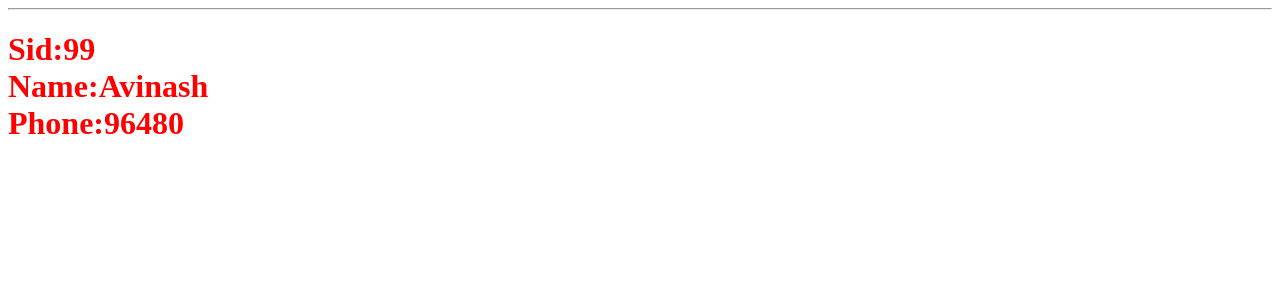
Repository: avinashxr10/Java-Codes
Page: http://localhost/JSP2/
These files come from the project's save history. The page is drawn as it stood at one moment and after the next save; the edit follows.
The browser window is 1280 px wide. The pictures show the whole page.
The page is served by Tomcat 9.

Above is the page before, as saved 2021-12-29 15:59:25.

### JSP/JSP2/src/main/webapp/index.jsp
<%@ page import="com.jtcindia.jsp.Student"%>
<%@ page language="java" contentType="text/html; charset=ISO-8859-1"
	pageEncoding="ISO-8859-1"%>
<!DOCTYPE html PUBLIC "-//W3C//DTD HTML 4.01 Transitional//EN" "http://www.w3.org/TR/html4/loose.dtd">
<html>
<head>
<meta http-equiv="Content-Type" content="text/html; charset=ISO-8859-1">
<title>JSP-2</title>
</head>
<body>

	<%
	Student st = new Student();
	st.setSid(99);
	st.setName("Avinash");
	st.setPhone(96480);
	session.setAttribute("STUD", st);
	%>
	<hr>

	<%
	Student std = (Student) session.getAttribute("STUD");
	%>

	<h1 bgcolor="lightblue">
		<font color="red">Sid:<%=std.getSid()%><br>Name:<%=std.getName()%><br>
			Phone:<%=std.getPhone()%>
		</font>
	</h1>

</body>
</html>

### JSP/JSP2/src/main/java/com/jtcindia/jsp/Student.java
package com.jtcindia.jsp;

public class Student {
    private int sid;
    private String name;
    private long phone;

    public int getSid() {
        return sid;
    }

    public void setSid(int sid) {
        this.sid = sid;
    }

    public String getName() {
        return name;
    }

    public void setName(String name) {
        this.name = name;
    }

    public long getPhone() {
        return phone;
    }

    public void setPhone(long phone) {
        this.phone = phone;
    }

}

After the next save:
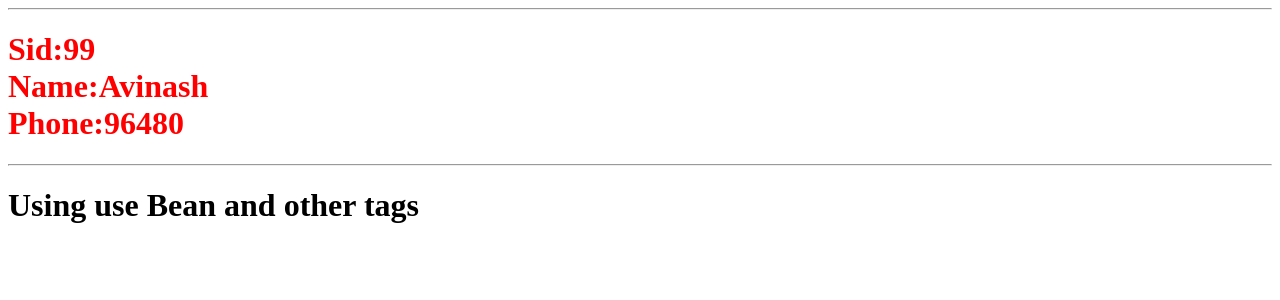
Saved 11 min 50 s later.
--- a/JSP/JSP2/src/main/webapp/index.jsp
+++ b/JSP/JSP2/src/main/webapp/index.jsp
@@ -27,6 +27,12 @@
 			Phone:<%=std.getPhone()%>
 		</font>
 	</h1>
+	<hr>
+	<h1>
+		Using use Bean and other tags
+		<jsp:useBean id="STUD" class="com.jtcindia.jsp.Student"
+			scope="session"></jsp:useBean>
+	</h1>
 
 </body>
 </html>
